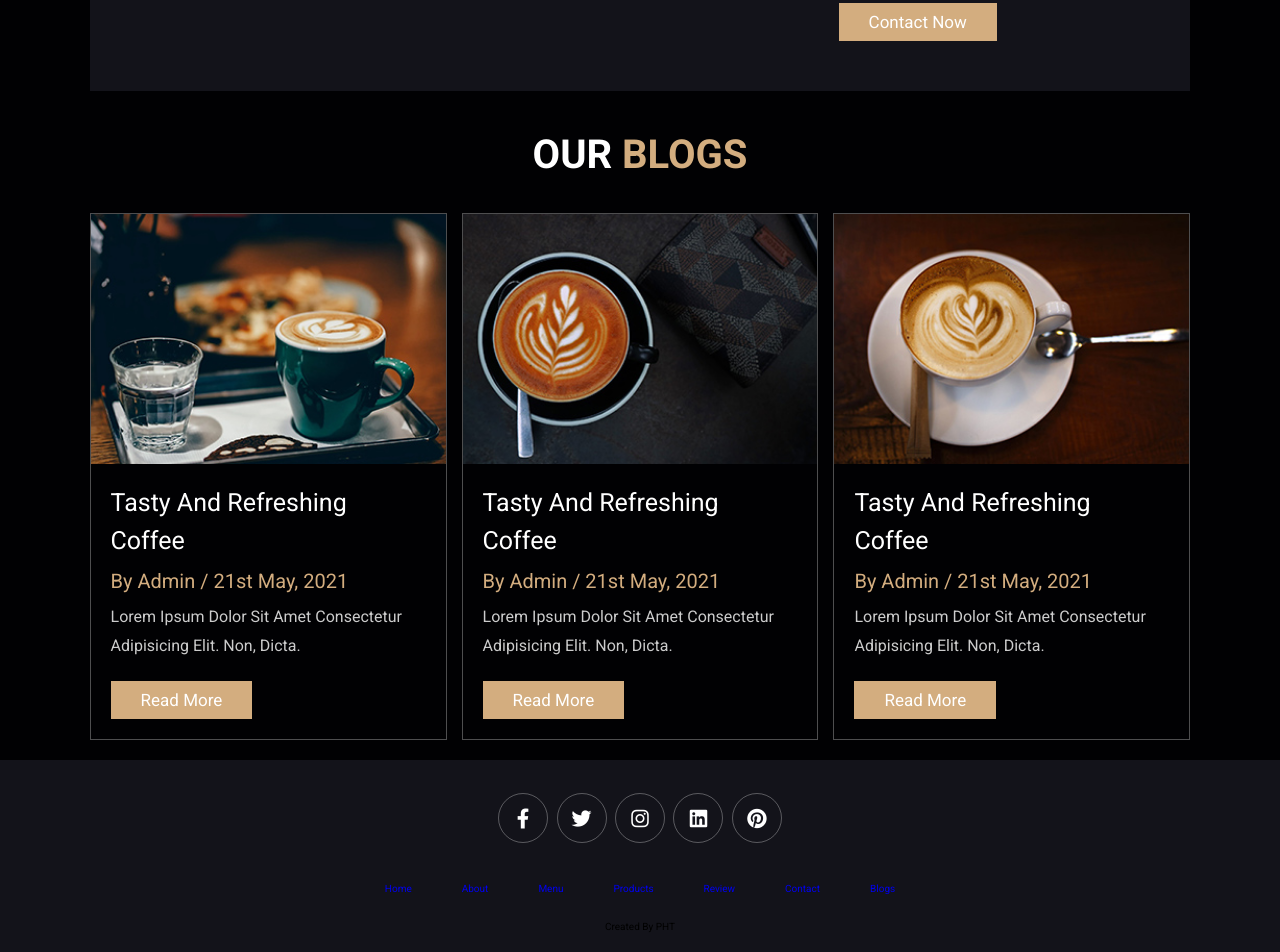
Repository: phamtrunghptn-dev/coffee-shop
Page: index.html
The author's editor kept a copy of each file at every save. The page is drawn from the files as they stood at one save, then again after a run of saves.
The browser window is 1280 px wide. The pictures show the part of the page from y = 3698 to 4650 px (the page is 4650 px tall).
Pictures or frames that could not be fetched are drawn as grey boxes. A picture or video elsewhere on the page could not be fetched, so the positions and the page height are approximate. Some web libraries are served in a nearby version.

Above is the page before, as saved 2022-06-26 22:19:51.

After the next 3 saves:
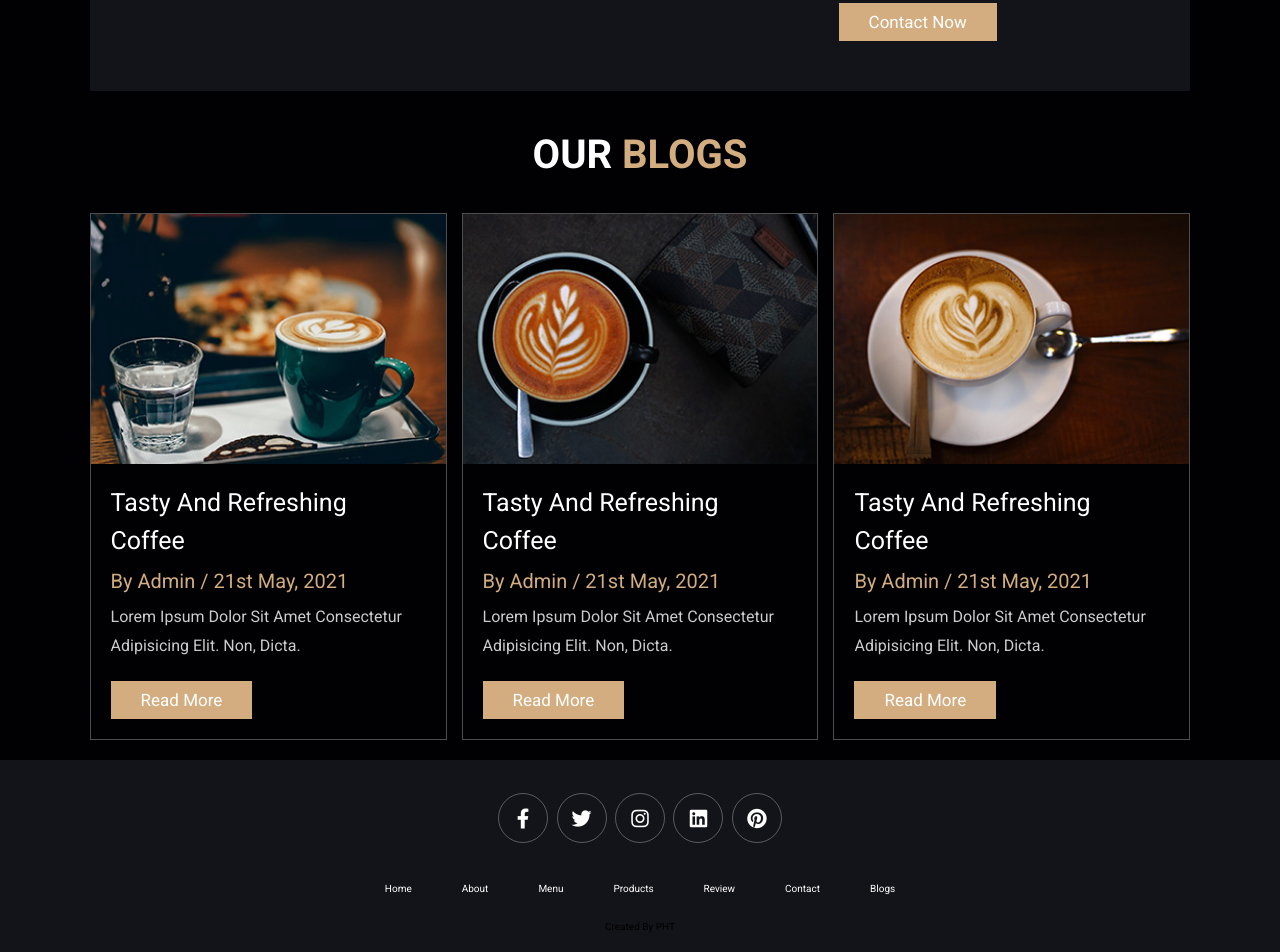
The 3 saves are shown as one change because they came seconds apart.
The last was saved 8 s later.
--- a/css/style.css
+++ b/css/style.css
@@ -545,7 +545,8 @@ section{
 
 .footer .links a{
     padding: 0.7rem 2rem;
-    color:
+    color: #fff;
+
 }
 
 
